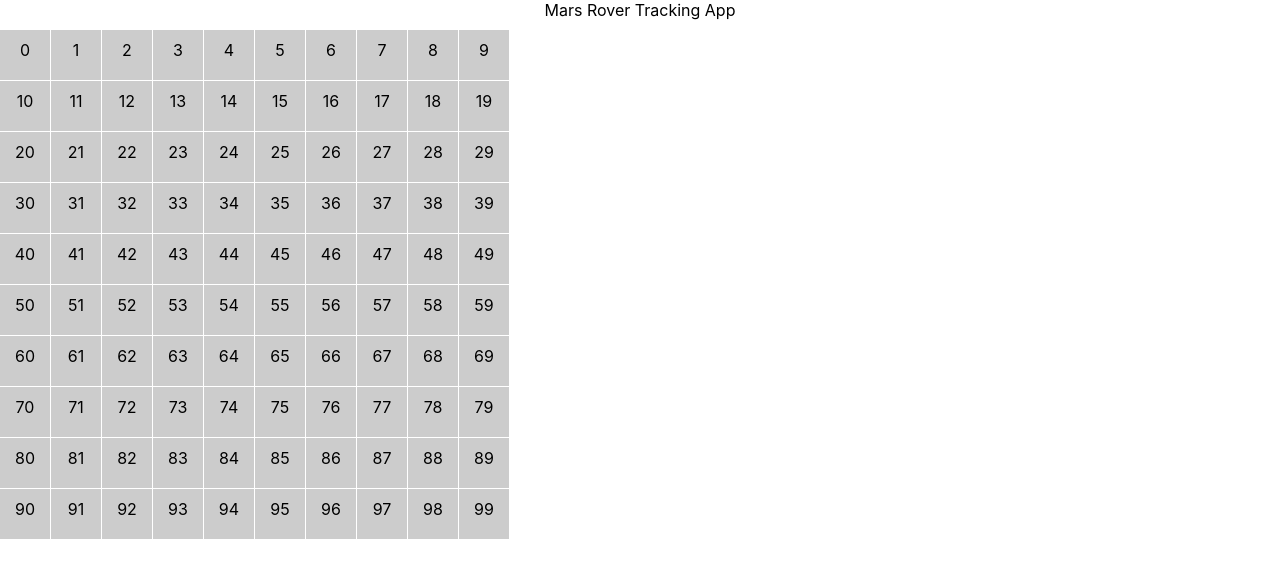
Repository: madhurisandbhor/Rover-Tracking-App
Page: /
These files come from the project's save history. The page is drawn as it stood at one moment and after the next save; the edit follows.
The browser window is 1280 px wide. The pictures show the whole page.
The project was rebuilt for these pictures with package versions that can differ from the ones it lists, and the page was loaded fresh each time.

Above is the page before, as saved 2021-09-06 17:10:59.

### src/App.js
import './App.css';
import Grid from './Grid'

function App() {
  return (
    <div className="App">
      <div>Mars Rover Tracking App</div>
      <Grid />
    </div>
  );
}

export default App;

### src/Grid.jsx
import React from 'react'
import { maxY, maxX } from "./constants";

const wrapper = {
    width: '100%',
    margin: '10px auto',
    display: 'grid',
    gridTemplateColumns: `repeat(${maxY + 1}, 50px)`,
    gridTemplateRows: `repeat(${maxX + 1}, 50px)`,
    gridGap: '1px',
}

const itemStyle = {
    padding: '10px',
    backgroundColor: '#ccc',
}

const Grid = () => {
    const gridLength = (maxX + 1) * (maxY + 1)
    const arr = Array(gridLength).fill();

    return (
        <div style={wrapper}>
            {arr.map((item, index) => <div key={index} style={itemStyle} >{index}</div>)}
        </div>
    )
}

export default Grid

### src/constants.js
export const x = 0, y = 0, maxX = 9, maxY = 9;
export const d = 'N';
export const directionsToRight = ['N', 'E', 'S', 'W']
export const directionsToLeft = ['N', 'W', 'S', 'E']

Loaded but not shown: public/index.html (common file); src/index.js (common file); src/index.css (common file); src/App.css (common file)

After the next save:
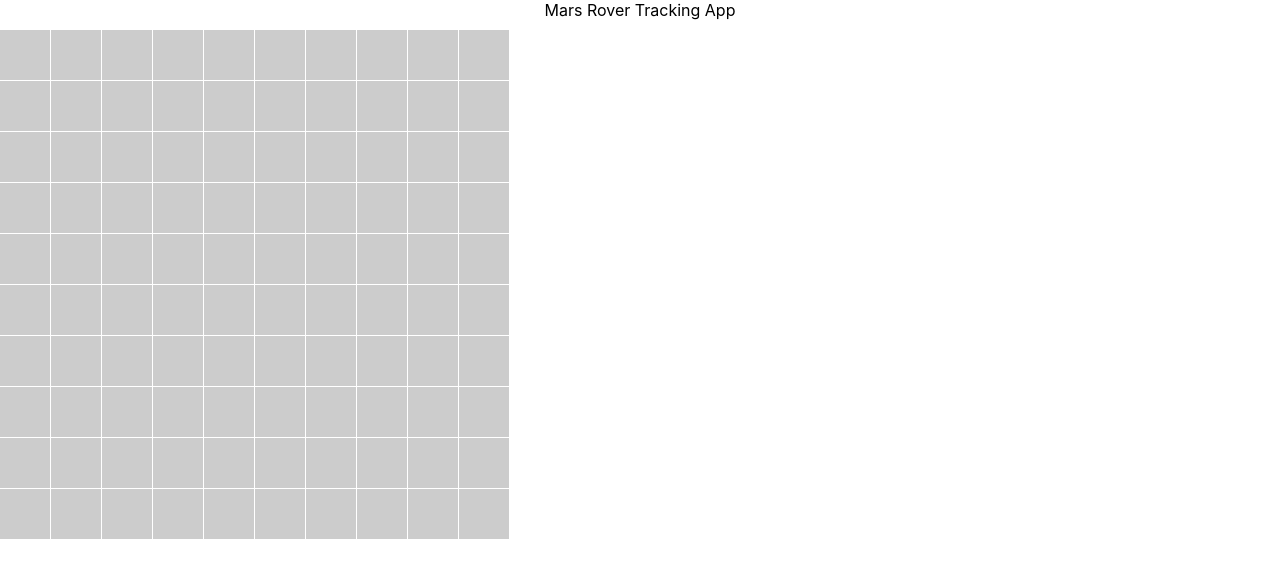
Saved 21 s later.
--- a/src/Grid.jsx
+++ b/src/Grid.jsx
@@ -21,7 +21,7 @@ const Grid = () => {
 
     return (
         <div style={wrapper}>
-            {arr.map((item, index) => <div key={index} style={itemStyle} >{index}</div>)}
+            {arr.map((item, index) => <div key={index} style={itemStyle} ></div>)}
         </div>
     )
 }
